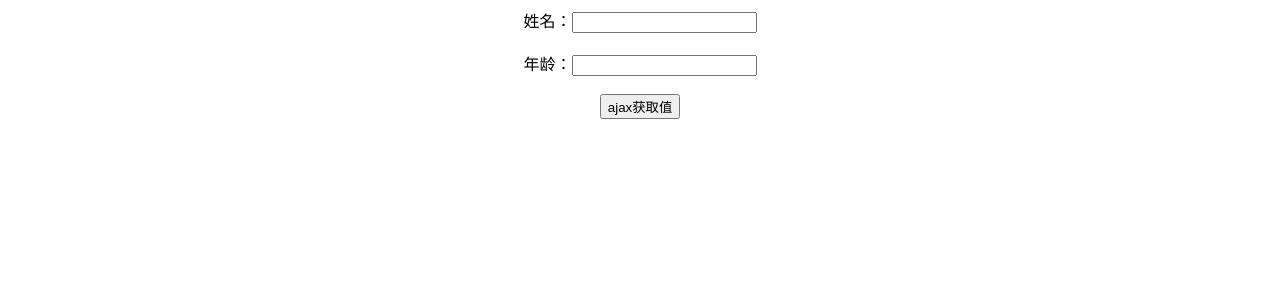
Repository: jsjchai/springmvc_study
Page: http://localhost/ajax03_json/
These files come from the project's save history. The page is drawn as it stood at one moment and after the next save; the edit follows.
The browser window is 1280 px wide. The pictures show the whole page.
The page is served by Tomcat 9. Other server files are loaded and not shown.

Above is the page before, as saved 2015-04-08 08:07:19.

### springmvc/Ajax&Json/ajax03_json/WebContent/index.jsp
<%@ page language="java" contentType="text/html; charset=UTF-8"
    pageEncoding="UTF-8"%>
<!DOCTYPE html PUBLIC "-//W3C//DTD HTML 4.01 Transitional//EN" "http://www.w3.org/TR/html4/loose.dtd">
<html>
<head>
<meta http-equiv="Content-Type" content="text/html; charset=UTF-8">
<title>Ajax和Json</title>
<script type="text/javascript">
		function getNameAndAge() {

			var xmlHttp=new XMLHttpRequest();
			xmlHttp.open("get", "jsonServlet", true);
			xmlHttp.send();
			xmlHttp.onreadystatechange= function(){
				if(xmlHttp.readyState==4&&xmlHttp.status==200){
					//alert(xmlHttp.responseText);
					//转化Object类型
					/*
					*1.var json = (new Function('return '+param +';'))();
					*2.eval('var json = '+param);
					*/
					var dataObj=eval('(' + xmlHttp.responseText + ')');
					//alert(dataObj);
					//alert(dataObj.age);
					document.getElementById("name").value=dataObj.name;
					document.getElementById("age").value=dataObj.age;
				}
			};
		}
</script>
</head>
<body>
	<div style="text-align: center;">
		<div>
			姓名：<input type="text" name="name" id="name" ><br><br>
			年龄：<input type="text" name="age" id="age"><br><br>
			<input type="button" id="button" value="ajax获取值" onclick="getNameAndAge()">
		</div>
	</div>
</body>
</html>

After the next save:
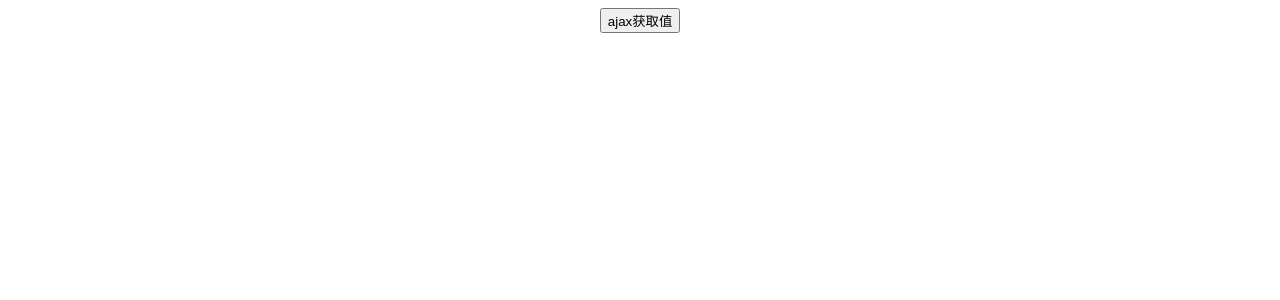
Saved 5 h 13 min later.
--- a/springmvc/Ajax&Json/ajax03_json/WebContent/index.jsp
+++ b/springmvc/Ajax&Json/ajax03_json/WebContent/index.jsp
@@ -32,8 +32,6 @@
 <body>
 	<div style="text-align: center;">
 		<div>
-			姓名：<input type="text" name="name" id="name" ><br><br>
-			年龄：<input type="text" name="age" id="age"><br><br>
 			<input type="button" id="button" value="ajax获取值" onclick="getNameAndAge()">
 		</div>
 	</div>
